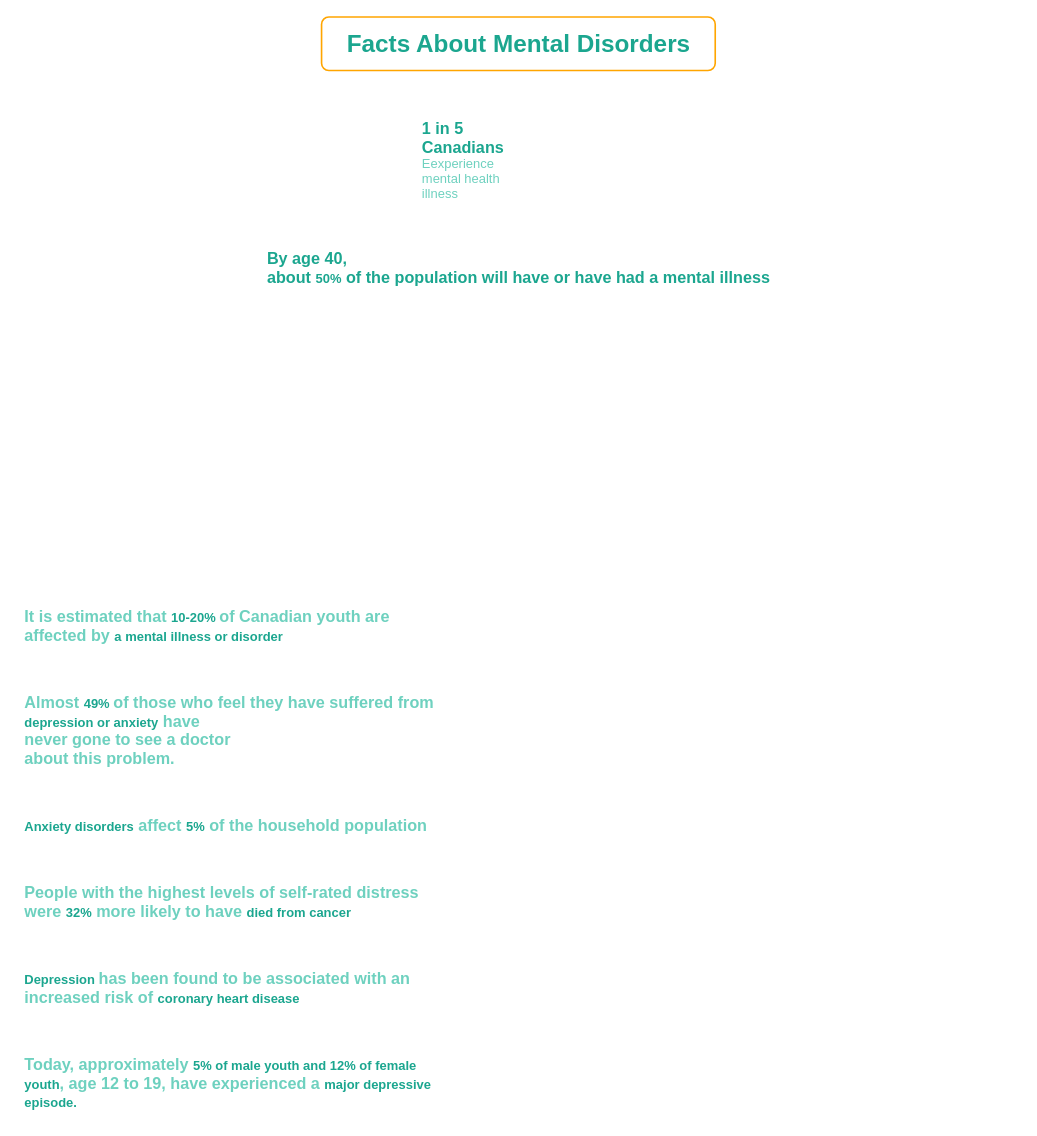
Repository: zzs1/2109-Dynamic-Content-Project
Page: joyce_code/index.html
These files come from the project's save history. The page is drawn as it stood at one moment and after the next save; the edit follows.
The browser window is 1280 px wide. The pictures show the whole page, at 81% of full size.
Some web fonts or font styles are not loaded; a fallback is used.

Above is the page before, as saved 2021-03-08 20:50:17.
Console error: TypeError: Cannot read properties of null (reading 'innerHTML')

After the next save:
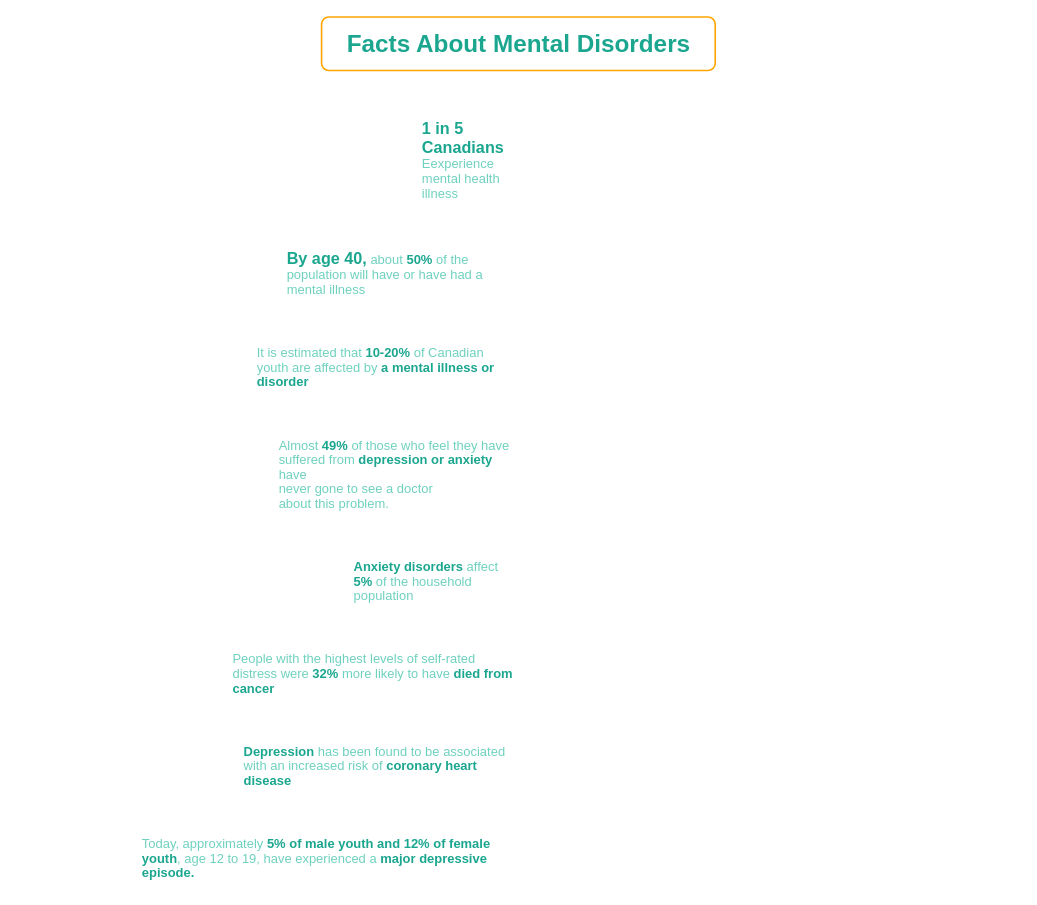
Saved 9 s later.
--- a/joyce_code/index.html
+++ b/joyce_code/index.html
@@ -18,7 +18,7 @@
 
         <div class="boxes"  id="box2">
               <div class="pic"></div>
-              <div class="text"><strong class="keyword">By age 40,</div>
+              <div class="text"><strong class="keyword">By age 40,</strong>
                 about <div class="highlight">50%</div>  of the population will have or have had a mental illness  </div>
         </div>
 
